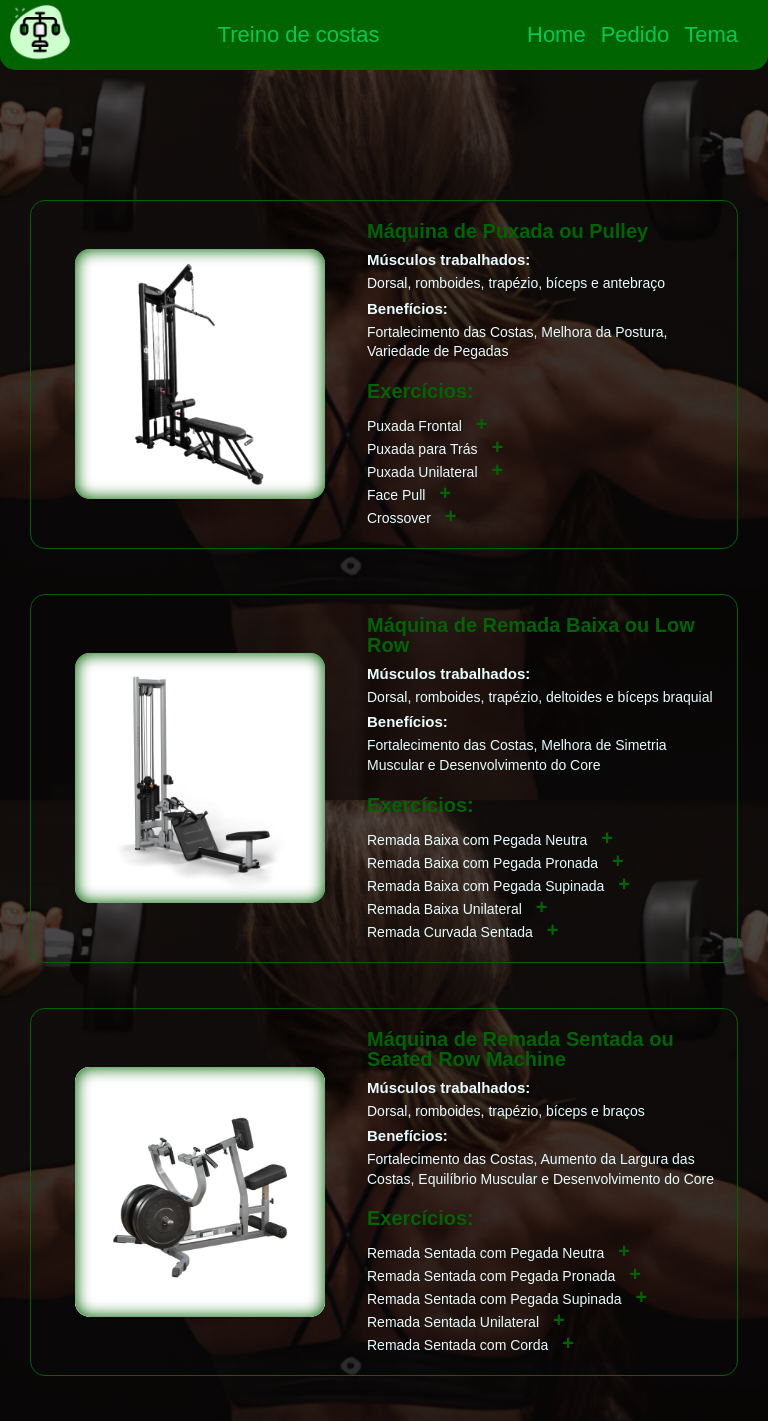
Repository: Marinalr-25/Projeto-Aparelhos-de-Academia
Page: costas.html
An editor plug-in stored every save of this project. The page is shown before and after the next save, followed by the edit.
The browser window is 768 px wide. The pictures show the whole page.
Backgrounds fixed to the window are drawn as part of the page.

Above is the page before, as saved 2025-01-07 21:05:40.
Console error: TypeError: Cannot read properties of null (reading 'addEventListener')

### costas.html
<!DOCTYPE html>
<html lang="pt">
  <head>
    <meta charset="UTF-8" />
    <meta name="viewport" content="width=device-width, initial-scale=1.0" />
    <link rel="stylesheet" href="css/style.css" />
    <link rel="stylesheet" href="css/temas.css" />
    <link rel="stylesheet" href="css/pedido.css" />
    <link
      rel="stylesheet"
      href="css/media-990.css"
      media="(max-width: 990px)"
    />
    <link
      rel="stylesheet"
      href="css/media-767.css"
      media="(max-width: 767px)"
    />

    <link
      rel="stylesheet"
      href="css/media-660.css"
      media="(max-width: 660px)"
    />
    <link
      rel="stylesheet"
      href="css/media-580.css"
      media="(max-width: 580px)"
    />

    <title>costas</title>
  </head>
  <body class="body costas">
    <header class="header sobe">
      <a href="telaPrincipal.html">
        <img class="logo" src="imagens/logoverde.png" alt="logo" />
      </a>
      <p>Treino de costas</p>
      <nav>
        <ul>
          <li class="lista-cabecalho" class="homeCostas">
            <a href="telaPrincipal.html">Home</a>
          </li>
          <li class="lista-cabecalho" id="pedido">
            <a href="pedido.html">Pedido</a>
          </li>
          <li class="lista-cabecalho" id="tema"><a href="#">Tema</a></li>
        </ul>
      </nav>
      <div class="nav-icones">
        <svg
          xmlns="http://www.w3.org/2000/svg"
          class="nav-icone--menu"
          viewBox="0 0 512 512"
        >
          <path
            fill="none"
            stroke="currentColor"
            stroke-linecap="round"
            stroke-miterlimit="10"
            stroke-width="32"
            d="M80 160h352M80 256h352M80 352h352"
          ></path>
        </svg>

        <svg
          xmlns="http://www.w3.org/2000/svg"
          class="nav-icone--fechar"
          viewBox="0 0 512 512"
        >
          <path
            fill="none"
            stroke="currentColor"
            stroke-linecap="round"
            stroke-linejoin="round"
            stroke-width="32"
            d="M368 368L144 144M368 144L144 368"
          ></path>
        </svg>
      </div>
    </header>
    <main>
      <section class="mainBody move-bottom">
        <div class="container">
          <div class="maquinas">
            <div class="img-maquinas">
              <img src="aparelhos/maquina-pulley.png" alt="maquina-pulley" />
            </div>
            <div class="informacoes">
              <div>
                <h2 class="title">Máquina de Puxada ou Pulley</h2>
              </div>
              <div class="separar">
                <div class="infos">
                  <h3 class="h3">Músculos trabalhados:</h3>
                  <p class="info">
                    Dorsal, romboides, trapézio, bíceps e antebraço
                  </p>
                </div>
                <div class="infos">
                  <h3 class="h3">Benefícios:</h3>
                  <p class="info">
                    Fortalecimento das Costas, Melhora da Postura, Variedade de
                    Pegadas
                  </p>
                </div>
              </div>
            </div>
            <div class="exercicios">
              <h3 class="title">Exercícios:</h3>
              <ul>
                <li>
                  Puxada Frontal
                  <span class="mais">+</span>
                  <div class="tooltip">
                    Sente-se na máquina, segure a barra com as mãos afastadas na
                    largura dos ombros (pegada pronada ou neutra) e puxe a barra
                    em direção ao peito, mantendo os cotovelos para baixo e para
                    trás.
                  </div>
                </li>
                <li>
                  Puxada para Trás
                  <span class="mais">+</span>
                  <div class="tooltip">
                    Sente-se na máquina, segure a barra com as palmas para cima
                    e as mãos mais afastadas que a largura dos ombros e puxe a
                    barra em direção ao peito, mantendo os cotovelos para trás e
                    perto do corpo
                  </div>
                </li>
                <li>
                  Puxada Unilateral
                  <span class="mais">+</span>
                  <div class="tooltip">
                    Sente-se ou fique de pé, segurando uma alça com uma mão e
                    mantendo o tronco estável, com a outra mão livre ou
                    segurando o apoio da máquina. Puxe o cabo em direção ao
                    tronco, mantendo o cotovelo próximo ao corpo e a escápula
                    contraída.
                  </div>
                </li>
                <li>
                  Face Pull
                  <span class="mais">+</span>
                  <div class="tooltip">
                    Segure a corda com as duas mãos e puxe o cabo em direção ao
                    rosto, ativando os deltoides posteriores e o trapézio.
                  </div>
                </li>
                <li>
                  Crossover
                  <span class="mais">+</span>
                  <div class="tooltip">
                    Com as cordas ou alças ajustadas nas duas extremidades da
                    máquina, puxe as alças cruzando-as à frente do corpo, como
                    se estivesse tentando juntar as mãos em um movimento de
                    abertura de peito.
                  </div>
                </li>
              </ul>
            </div>
          </div>
          <div class="maquinas">
            <div class="img-maquinas">
              <img src="aparelhos/maquina-low-row.png" alt="maquina-pulley" />
            </div>
            <div class="informacoes">
              <div>
                <h2 class="title">Máquina de Remada Baixa ou Low Row</h2>
              </div>
              <div class="separar">
                <div class="infos">
                  <h3 class="h3">Músculos trabalhados:</h3>
                  <p class="info">
                    Dorsal, romboides, trapézio, deltoides e bíceps braquial
                  </p>
                </div>
                <div class="infos">
                  <h3 class="h3">Benefícios:</h3>
                  <p class="info">
                    Fortalecimento das Costas, Melhora de Simetria Muscular e
                    Desenvolvimento do Core
                  </p>
                </div>
              </div>
            </div>
            <div class="exercicios">
              <h3 class="title">Exercícios:</h3>
              <ul>
                <li>
                  Remada Baixa com Pegada Neutra
                  <span class="mais">+</span>
                  <div class="tooltip">
                    Esse é o exercício clássico na máquina, onde a pessoa usa um
                    pegador em formato de "V" (pegada neutra) para trabalhar
                    principalmente a espessura da parte média das costas, com
                    foco nos músculos romboides e dorsais
                  </div>
                </li>
                <li>
                  Remada Baixa com Pegada Pronada
                  <span class="mais">+</span>
                  <div class="tooltip">
                    Nessa variação, o pegador é reto e a pegada é com as palmas
                    voltadas para baixo, o que enfatiza mais o trapézio e o
                    latíssimo do dorso, além de dar um estímulo aos romboides
                  </div>
                </li>
                <li>
                  Remada Baixa com Pegada Supinada
                  <span class="mais">+</span>
                  <div class="tooltip">
                    Aqui a pegada é invertida, com as palmas das mãos voltadas
                    para cima. Essa variação ajuda a ativar mais o bíceps junto
                    com as costas, criando um movimento que trabalha tanto a
                    parte superior quanto inferior das costas
                  </div>
                </li>
                <li>
                  Remada Baixa Unilateral
                  <span class="mais">+</span>
                  <div class="tooltip">
                    Esse exercício é feito segurando o pegador com uma única mão
                    de cada vez, permitindo maior foco no lado direito ou
                    esquerdo das costas separadamente, o que ajuda na simetria e
                    força
                  </div>
                </li>
                <li>
                  Remada Curvada Sentada
                  <span class="mais">+</span>
                  <div class="tooltip">
                    Uma variação onde o tronco se inclina ligeiramente para
                    frente antes de puxar o cabo, ativando diferentes áreas dos
                    dorsais e da parte inferior das costas, além de trabalhar a
                    estabilização
                  </div>
                </li>
              </ul>
            </div>
          </div>
          <div class="maquinas">
            <div class="img-maquinas">
              <img
                class="img-maquinas"
                src="aparelhos/seated-row-machine.png"
                alt="maquina-pulley"
              />
            </div>
            <div class="informacoes">
              <div>
                <h2 class="title">
                  Máquina de Remada Sentada ou Seated Row Machine
                </h2>
              </div>
              <div class="separar">
                <div class="infos">
                  <h3 class="h3">Músculos trabalhados:</h3>
                  <p class="info">
                    Dorsal, romboides, trapézio, bíceps e braços
                  </p>
                </div>
                <div class="infos">
                  <h3 class="h3">Benefícios:</h3>
                  <p class="info">
                    Fortalecimento das Costas, Aumento da Largura das Costas,
                    Equilíbrio Muscular e Desenvolvimento do Core
                  </p>
                </div>
              </div>
            </div>
            <div class="exercicios">
              <h3 class="title">Exercícios:</h3>
              <ul>
                <li>
                  Remada Sentada com Pegada Neutra
                  <span class="mais">+</span>
                  <div class="tooltip">
                    Segure as alças com as palmas das mãos voltadas uma para a
                    outra (pegada neutra) e puxe em direção ao tronco, mantendo
                    os cotovelos próximos ao corpo e os ombros relaxados.
                    Contraia as escápulas no final do movimento
                  </div>
                </li>
                <li>
                  Remada Sentada com Pegada Pronada
                  <span class="mais">+</span>
                  <div class="tooltip">
                    Segure a barra com as palmas das mãos voltadas para baixo
                    (pegada pronada) e puxe a barra para o corpo, mantendo os
                    cotovelos alinhados com o tronco. Evite balançar o corpo e
                    use um movimento controlado
                  </div>
                </li>
                <li>
                  Remada Sentada com Pegada Supinada
                  <span class="mais">+</span>
                  <div class="tooltip">
                    Segure a barra com as palmas das mãos voltadas para cima
                    (pegada supinada). Puxe a barra em direção ao corpo,
                    mantendo os cotovelos mais baixos e próximos ao tronco
                  </div>
                </li>
                <li>
                  Remada Sentada Unilateral
                  <span class="mais">+</span>
                  <div class="tooltip">
                    Segure a alça com uma mão e puxe o cabo em direção ao
                    tronco. Mantenha o tronco estável e evite torcer o corpo.
                    Repita o movimento para o outro lado
                  </div>
                </li>
                <li>
                  Remada Sentada com Corda
                  <span class="mais">+</span>
                  <div class="tooltip">
                    Use uma corda para segurar as alças e puxe em direção ao
                    tronco, abrindo as mãos ao final do movimento, aumentando a
                    contração nos romboides e trapézio.
                  </div>
                </li>
              </ul>
            </div>
          </div>
        </div>
      </section>
    </main>
    <section class="pop-up-temas">
      <div class="container">
        <div class="bolinha verde"></div>
        <div class="bolinha azul"></div>
        <div class="bolinha rosa"></div>
        <div class="bolinha vermelho"></div>
        <div class="bolinha roxo"></div>
        <div class="bolinha laranja"></div>
        <svg
          xmlns="http://www.w3.org/2000/svg"
          class="icone-fechar"
          viewBox="0 0 512 512"
        >
          <path
            fill="none"
            stroke="currentColor"
            stroke-linecap="round"
            stroke-linejoin="round"
            stroke-width="32"
            d="M368 368L144 144M368 144L144 368"
          ></path>
        </svg>
      </div>
    </section>

    <section class="pop-up-pedido">
      <div class="container">
        <div class="title">
          <h2>Ajude-nos a Melhorar!</h2>
          <p>
            Se você não encontrou o aparelho que procurava, envie uma
            solicitação para adicioná-lo ao nosso site. Sua contribuição é
            valiosa e nos ajuda a tornar nossa plataforma mais completa e útil
            para todos os usuários. Por favor, preencha os campos abaixo com as
            informações do aparelho que você gostaria de incluir.
          </p>
        </div>
        <form
          class="formulario"
          action="https://formsubmit.co/marinalrob@gmail.com"
          method="POST"
        >
          <input type="hidden" name="_subject" value="Site Academia!" />
          <input type="hidden" name="_captcha" value="false" />
          <input type="hidden" name="_template" value="table" />
          <input type="hidden" name="_next" value="/thanks.html" />
          <div>
            <label class="label" for="name">Nome:</label>
            <input required type="text" name="name" id="name" />
          </div>
          <div>
            <label class="label" for="nameAparelho">Nome do aparelho:</label>
            <input required type="text" name="nameAparelho" id="nameAparelho" />
          </div>
          <div>
            <label class="label" for="treino">Treino faz parte de:</label>
            <select required name="treino" id="treino">
              <option value="" disabled selected>Selecione um treino:</option>
              <option value="perna">Perna</option>
              <option value="braço">Braço</option>
              <option value="ombro">Ombro</option>
              <option value="abdomen">Abdômen</option>
              <option value="costas">Costas</option>
              <option value="peito">Peito</option>
            </select>
          </div>
          <div>
            <label class="label" for="descricao">Descrição:</label>
            <textarea
              class="textarea"
              name="descricao"
              id="descricao"
              placeholder="Descrição do aparelho"
            ></textarea>
          </div>
          <div>
            <label class="label" for="exercicio"
              >Nome do exercício feito com o aparelho: (Opcional)</label
            >
            <input type="text" name="exercicio" id="exercicio" />
          </div>
          <div>
            <label class="label" for="foto">Foto do aparelho: (Opcional)</label>
            <input type="file" name="foto" id="foto" />
          </div>
          <div>
            <label class="label" for="comentario">Comentário:</label>
            <textarea
              class="textarea"
              name="comentario"
              id="comentario"
              placeholder="Comentário"
            ></textarea>
          </div>

          <div>
            <label class="label" for="email">Email:</label>
            <input required type="email" name="email" id="email" />
          </div>
          <button class="buttomForm" type="submit">Enviar!</button>
        </form>
      </div>
    </section>

    <script src="js/script.js"></script>
    <script src="js/costas.js"></script>
    <script src="js/temas.js"></script>
  </body>
</html>

### css/temas.css
:root {
  --cor-fundo: #006400;
  --cor-texto: #00c957;
  --verde-primario: #006400;
  --verde-secundario: #00c957;
  --azul-primario: #0d6bb2;
  --azul-secundario: #83e3ff;
  --rosa-primario: #ae2478;
  --rosa-secundario: #eed3e4;
  --vermelho-primario: #a50000;
  --vermelho-secundario: #e4b2b2;
  --roxo-primario: #4c4c99;
  --roxo-secundario: #c9c9e0;
  --laranja-primario: #ff6c37;
  --laranja-secundario: #ffd2c3;
}

.pop-up-temas {
  display: none;
  opacity: 0;
  transition: opacity 0.3s ease, transform 0.3s ease;
  &.aberto {
    display: flex;
    position: fixed;
    top: 50%;
    left: 50%;
    transform: translate(-50%, -50%);
    opacity: 1;
    height: 18rem;
    background-color: rgba(0, 0, 0, 0.95);
    border-radius: 1.5rem;

    & .container {
      display: flex;
      justify-content: center;
      align-items: center;
      gap: 1rem;
      flex-direction: row;
      padding: 2rem;
      max-width: 65rem;
      position: relative;

      & .bolinha {
        width: 4rem;
        height: 4rem;
        margin: 0.5rem;
        border-radius: 50%;

        &.verde {
          background: linear-gradient(
            to right,
            var(--verde-primario) 50%,
            var(--verde-secundario) 50%
          );
        }
        &.azul {
          background: linear-gradient(
            to right,
            var(--azul-primario) 50%,
            var(--azul-secundario) 50%
          );
        }

        &.rosa {
          background: linear-gradient(
            to right,
            var(--rosa-primario) 50%,
            var(--rosa-secundario) 50%
          );
        }
        &.vermelho {
          background: linear-gradient(
            to right,
            var(--vermelho-primario) 50%,
            var(--vermelho-secundario) 50%
          );
        }
        &.roxo {
          background: linear-gradient(
            to right,
            var(--roxo-primario) 50%,
            var(--roxo-secundario) 50%
          );
        }
        &.laranja {
          background: linear-gradient(
            to right,
            var(--laranja-primario) 50%,
            var(--laranja-secundario) 50%
          );
        }
      }
      & .icone-fechar {
        display: block;
        position: absolute;
        top: 0;
        right: 0;
        color: var(--cor-texto);
        z-index: 10001;
        width: 5rem;
        height: 5rem;
      }
    }
  }
}

### css/pedido.css
.pop-up-pedido {
  display: none;
  opacity: 0;
  transition: opacity 0.3s ease, transform 0.3s ease;
  &.aberto {
    display: flex;
    position: fixed;
    top: 50%;
    left: 50%;
    transform: translate(-50%, -50%);
    opacity: 1;
    width: 80rem;
    height: 77rem;
    padding: 2rem;
    background-color: rgba(0, 0, 0);
    color: white;
    border-radius: 1.5rem;
    border: solid 2px var(--cor-fundo);

    & .container {
      display: flex;
      flex-direction: column;
      gap: 2.5rem;

      & .title {
        & h2 {
          font-size: 2.4rem;
          padding-bottom: 1.5rem;
          color: var(--cor-texto);
          text-align: center;
          line-height: 1.2;
        }
        & p {
          font-size: 1.6rem;
        }
      }

      & .formulario {
        display: flex;
        flex-direction: column;
        gap: 1.6rem;
        width: 100%;
        & div {
          display: flex;
          flex-direction: column;
        }

        & .label {
          font-size: 1.6rem;
          padding-bottom: 0.6rem;
        }

        & .textarea {
          height: 5rem;
          padding: 0.5rem;
          resize: none;
        }

        & .buttomForm {
          background-color: var(--cor-fundo);
          color: var(--cor-texto);
          padding: 1rem 2rem;
          border: none;
          outline: none;
          border-radius: 5rem;
          text-transform: uppercase;
          font-weight: 700;
          border-right: solid 4px var(--cor-texto);
          border-bottom: solid 4px var(--cor-texto);
          transition: all 0.3s;
          &:hover {
            background-color: var(--cor-texto);
            color: var(--cor-fundo);
            border: solid 3px var(--cor-fundo);
            transform: scale(1.02);
          }
        }
      }
    }
  }
}

@media all and (max-width: 61.87em) {
  .pop-up-pedido {
    &.aberto {
      width: 65rem;
    }
  }
}

/* texto informando adicionar o aparelho para melhorias do site
nome da pessoa
nome do aparelho
treino faz parte de (ombro, costas...)
descricao do aparelho
nome do exercicio feito com o aparelho
foto do aparelho(opcional)
comentário
email ou telefone de contato */

### css/media-990.css
@media all and (max-width: 61.87em) {
  .body.costas {
    background-size: cover;
    & .mainBody {
      margin-top: 10rem;
      & .container {
        & .maquinas {
          display: grid;
          grid-template-columns: repeat(2, 1fr);
          grid-template-rows: auto;
          justify-items: start;
          gap: 1.8rem;

          & .img-maquinas {
            align-self: center;
            grid-column: 1;
            grid-row: 1 / span 2;
            justify-self: center;
            align-self: center;
          }
        }

        & .informacoes {
          max-width: 100%;
          gap: 1rem;
          padding: 0;
          grid-column: 2;
          grid-row: 1;
          & .title {
            font-size: 2rem;
            line-height: 1;
          }

          & .separar {
            gap: 0.6rem;
          }

          & .infos {
            & .h3 {
              font-size: 1.5rem;
            }
            & .info {
              font-size: 1.4rem;
            }
          }
        }

        & .exercicios {
          max-width: 100%;
          gap: 1rem;
          grid-column: 2;
          grid-row: 2;

          & .title {
            font-size: 2rem;
          }

          & ul li {
            font-size: 1.4rem;
            padding-bottom: 0rem;
          }
        }
      }
    }
  }
}

### css/media-660.css
@media all and (max-width: 41.25em) {
  .tela-inicial {
    & .box-inicial {
      & .primeira-tela {
        justify-content: center;
      }
      & .segunda-tela {
        gap: 1.5rem;
      }
      & .pontos {
        & div {
          width: 0.9rem;
          height: 0.9rem;
        }
        & .primeiro-ponto {
          transform: translate(-25px, 7px);
        }
        & .segundo-ponto {
          transform: translate(0, 0);
        }
        & .terceiro-ponto {
          transform: translate(25px, -7px);
        }
      }
    }

    .topo {
      & .h2-muitoBem {
        text-align: center;
        & #nome-saudacao {
          display: block;
        }
      }
    }
  }

  .body.costas {
    background-size: cover;
  }

  .pop-up-pedido {
    &.aberto {
      width: 45rem;
      height: 80rem;
    }
  }
}

### css/media-580.css
@media all and (max-width: 36.25em) {
  .tela-inicial {
    & .box-inicial {
      height: 60rem;
      & .pontos {
        & div {
          width: 0.9rem;
        }
        & .primeiro-ponto {
          transform: translate(-25px, -3px);
        }
        & .segundo-ponto {
          transform: translate(0, -10px);
        }
        & .terceiro-ponto {
          transform: translate(25px, -17px);
        }
      }
    }
  }
}

Loaded but not shown: js/temas.js (93 lines, source omitted); js/script.js (93 lines, source omitted); js/costas.js (33 lines, source omitted); css/style.css (569 lines, source omitted); css/media-767.css (169 lines, source omitted)

After the next save:
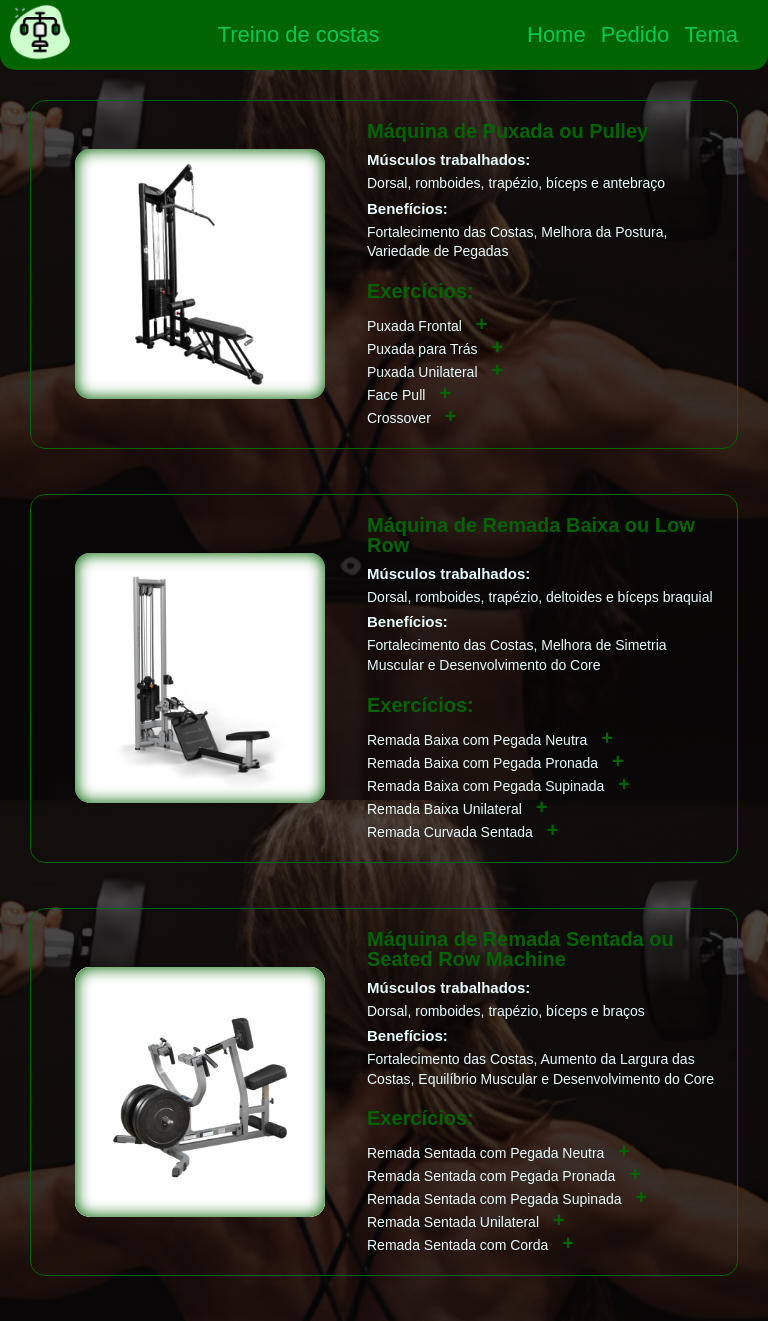
Saved 25 s later.
--- a/css/media-990.css
+++ b/css/media-990.css
@@ -2,7 +2,6 @@
   .body.costas {
     background-size: cover;
     & .mainBody {
-      margin-top: 10rem;
       & .container {
         & .maquinas {
           display: grid;
